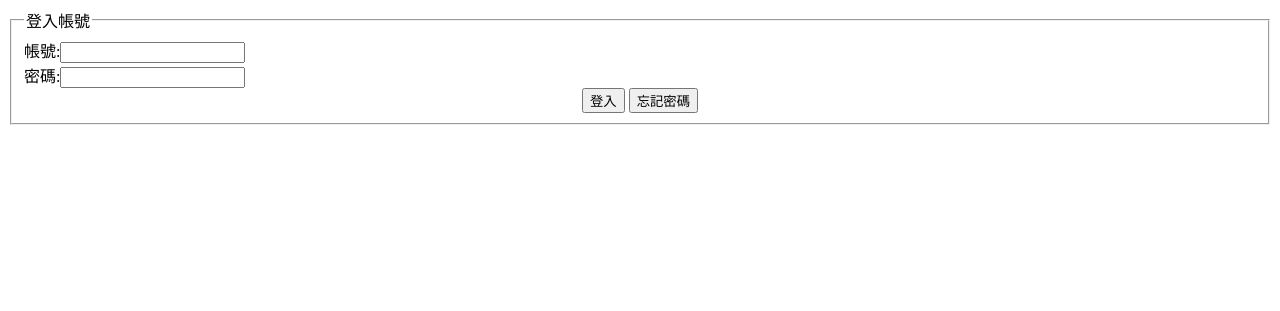
Repository: cctytw2000/Hibernate_HW
Page: http://localhost/EEIT109_35/member/LoginMember.jsp
The author's editor kept a copy of each file at every save. The page is drawn from the files as they stood at one save, then again after the next save.
The browser window is 1280 px wide. The pictures show the whole page.
The page is served by Tomcat 9. Nobody is signed in. The application's start-up code is not run. Other server files are loaded and not shown.

Above is the page before, as saved 2019-09-26 06:37:00.

### Member/EEIT109_35/src/main/webapp/member/LoginMember.jsp
<%@ page language="java" contentType="text/html; charset=UTF-8"
	pageEncoding="UTF-8"%>
<!DOCTYPE html>
<html>
<head>
<meta charset="UTF-8">
<title>Insert title here</title>
</head>
<body>
	<form action="../LoginMember.do" method="post">

		<fieldset>
			<legend>登入帳號</legend>
			<div class="div1">
				<label class='label1'>帳號:</label><input type="text" id="account"
					name="account">
			</div>
			<div class="div1">
				<label class='label1'>密碼:</label><input type="password"
					id="password" name="password"><span id="msg_password"></span>

			</div>
			<div class="div1" style="text-align: center">
				<input name="login" type="submit" value="登入"> <input
					name="fergetpwd" type="submit" value="忘記密碼">
			</div>

		</fieldset>
	</form>
</body>
</html>

### Member/EEIT109_35/src/main/webapp/CSS/RegisteredMember.css
fieldset {
	width: 50%;
	height: 70%;
	border: 2px solid lightgreen;
	border-radius: 20px;
	margin: auto auto;
	padding: auto auto;
	box-shadow: 5px 5px 5px green;
}

.div1 {
	border-bottom: 2px solid blue;
	padding-bottom: 20px;
	margin: 20px;
	width: 450px;
	width: 80%
}

.sub1 {
	width: 450px;
	text-align: center;
	padding: 20px;
}

.label1 {
	width: 100px;
	float: left;
	text-align: right
}

form {
	width: 100%;
	/* margin: 15px auto; */
}

h6 {
	text-align: center
}

input:focus {
	background-color: #cccccc
}

After the next save:
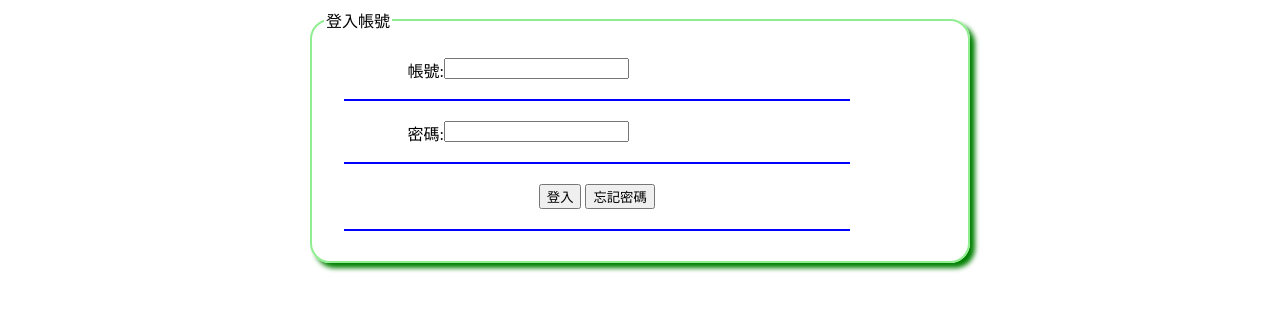
Saved 7 s later.
--- a/Member/EEIT109_35/src/main/webapp/member/LoginMember.jsp
+++ b/Member/EEIT109_35/src/main/webapp/member/LoginMember.jsp
@@ -5,6 +5,7 @@
 <head>
 <meta charset="UTF-8">
 <title>Insert title here</title>
+<link rel="stylesheet" href="../CSS/RegisteredMember.css">
 </head>
 <body>
 	<form action="../LoginMember.do" method="post">
